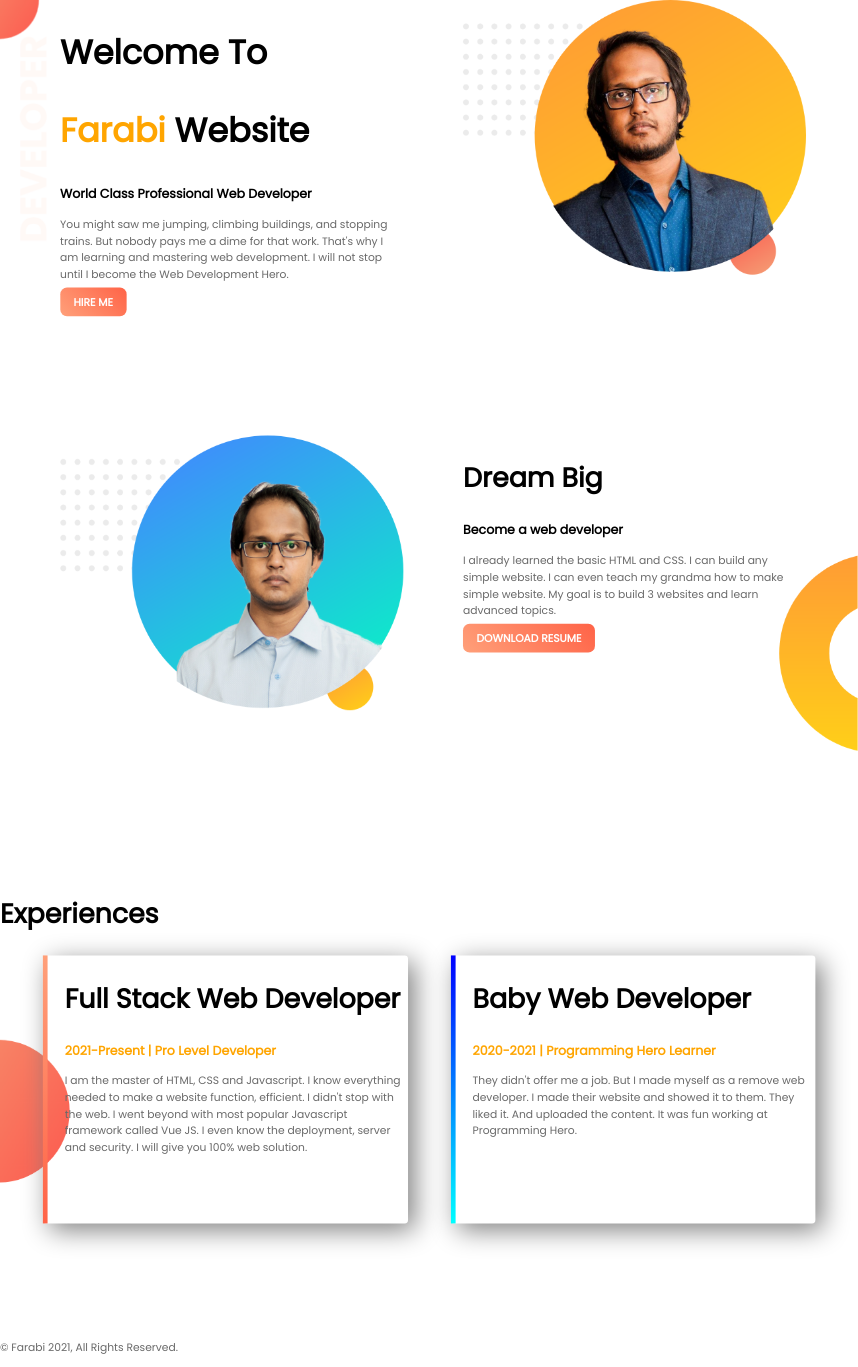
Repository: mohsinfarabi/web-portfolio
Page: index.html
The author's editor kept a copy of each file at every save. The page is drawn from the files as they stood at one save, then again after the next save.
The browser window is 1280 px wide. The pictures show the whole page, at 67% of full size.

Above is the page before, as saved 2020-07-01 00:11:14.

### index.html
<!DOCTYPE html>
<html lang="en">

<head>
    <meta charset="UTF-8">
    <meta name="viewport" content="width=device-width, initial-scale=1.0">
    <link href="https://fonts.googleapis.com/css2?family=Poppins" rel="stylesheet">
    <title>Farabi Web Developer</title>
    <link rel="stylesheet" href="style.css">
</head>

<body>
    <section class="top-banner">
        <div class="half-width">
            <h1>Welcome To</h1>
            <h1><span class="orange-highlight">Farabi</span> Website</h1>
            <h3>World Class Professional Web Developer</h3>
            <p>You might saw me jumping, climbing buildings, and stopping trains. But nobody pays me a dime for that work. That's why I am learning and mastering web development. I will not stop until I become the Web Development Hero.</p>
            <a class="link-button" target="_blank" href="https://www.linkedin.com/in/mohsin-farabi-68655040/">HIRE ME</a>
        </div>
        <div class="half-width">
            <img src="images/profile1.png" alt="">
        </div>
    </section>
    <section class="dream-area">
        <div class="half-width">
            <img src="images/profile2.png" alt="">
        </div>
        <div class="half-width">
            <h2>Dream Big</h2>
            <h3>Become a web developer</h3>
            <p>I already learned the basic HTML and CSS. I can build any simple website. I can even teach my grandma how to make simple website. My goal is to build 3 websites and learn advanced topics.</p>
            <a class="link-button" target="_blank" href="https://www.facebook.com/farabi.mohsin">DOWNLOAD RESUME</a>
        </div>

    </section>
    <section class="experience-area">
        <h2>Experiences</h2>
        <div id="full-stack" class="half-width single-experience">
            <h2>Full Stack Web Developer</h2>
            <h3 class="orange-highlight">2021-Present | Pro Level Developer</h3>
            <p>I am the master of HTML, CSS and Javascript. I know everything needed to make a website function, efficient. I didn't stop with the web. I went beyond with most popular Javascript framework called Vue JS. I even know the deployment, server
                and security. I will give you 100% web solution.</p>
        </div>
        <div id="baby-web" class="half-width single-experience">
            <h2>Baby Web Developer</h2>
            <h3 class="orange-highlight">2020-2021 | Programming Hero Learner</h3>
            <p>They didn't offer me a job. But I made myself as a remove web developer. I made their website and showed it to them. They liked it. And uploaded the content. It was fun working at Programming Hero.</p>
        </div>
        </div>
    </section>
    <footer>
        <p>© Farabi 2021, All Rights Reserved.</p>
    </footer>
</body>

</html>

### style.css
body {
    margin: 0;
    font-family: 'Poppins', sans-serif;
}

h1 {
    font-size: 50px;
}

h2 {
    font-size: 40px;
}

p {
    color: dimgray;
}

.orange-highlight {
    color: orange;
}

.half-width {
    width: 40%;
    float: left;
    margin-left: 5%;
    padding-left: 2%;
}

.half-width img {
    width: 100%;
}

.top-banner {
    background-image: url("images/top-banner.png");
    background-repeat: no-repeat;
}

.dream-area {
    background-image: url("images/dream-bg.png");
    background-repeat: no-repeat;
    background-position: right;
}

section {
    height: 500px;
    padding-bottom: 150px;
}

.link-button {
    text-decoration: none;
    background-image: linear-gradient(45deg, lightSalmon, tomato);
    padding: 10px 20px;
    border-radius: 10px;
    color: white;
    font-weight: 700;
}

.single-experience {
    box-shadow: 10px 10px 40px gray;
    border-radius: 5px;
    height: 80%;
    background-image: white;
}

.experience-area {
    background-image: url("images/exp-bg.png");
    background-repeat: no-repeat;
    background-position: left;
}

#full-stack {
    border-left: 7px solid;
    border-image: linear-gradient(180deg, lightSalmon, tomato);
    border-image-slice: 1;
}

#baby-web {
    border-left: 7px solid;
    border-image: linear-gradient(180deg, blue, cyan);
    border-image-slice: 1;
}

footer px {
    text-align: center;
    font-size: 12px;
}

After the next save:
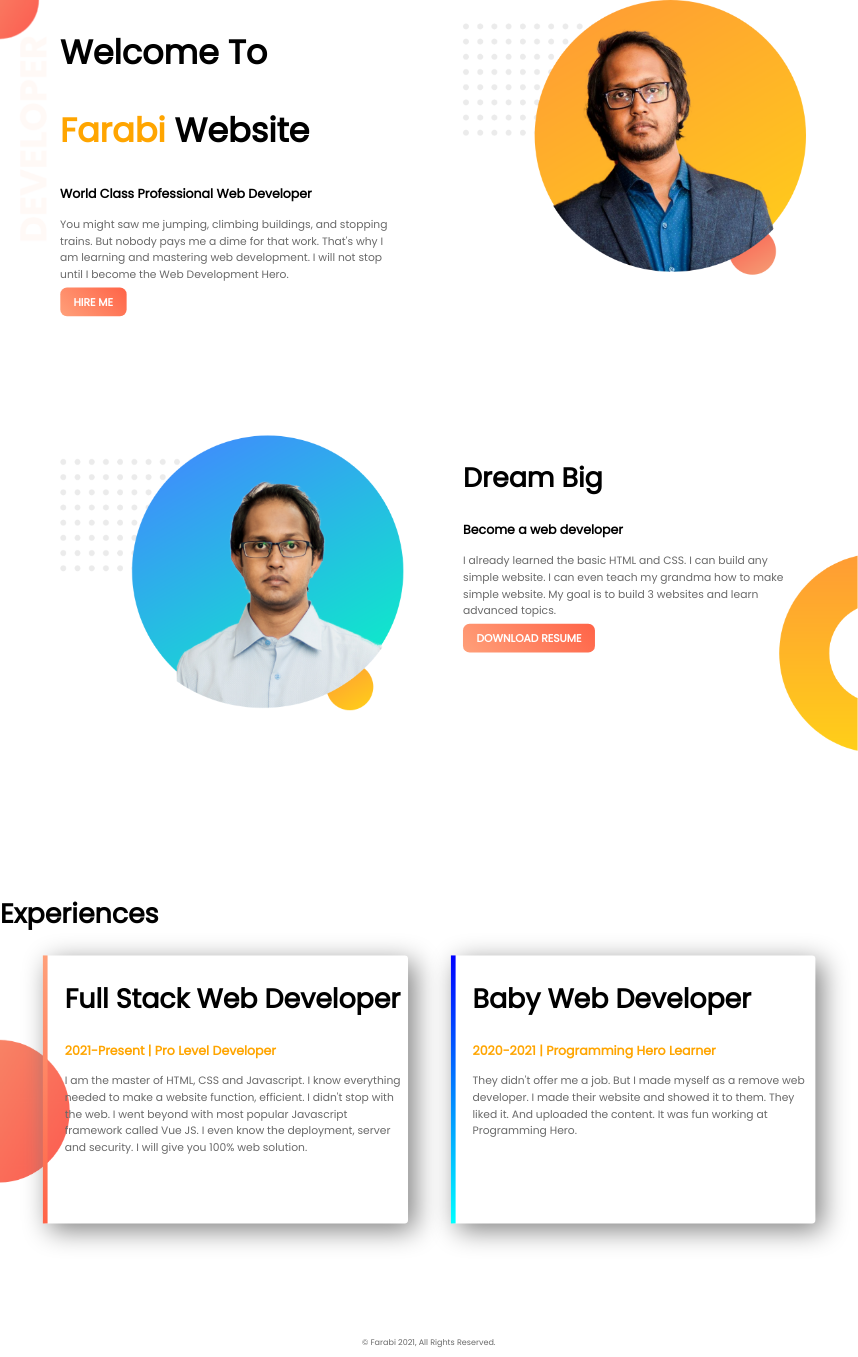
Saved 35 s later.
--- a/style.css
+++ b/style.css
@@ -80,7 +80,7 @@ section {
     border-image-slice: 1;
 }
 
-footer px {
+footer p {
     text-align: center;
     font-size: 12px;
 }
